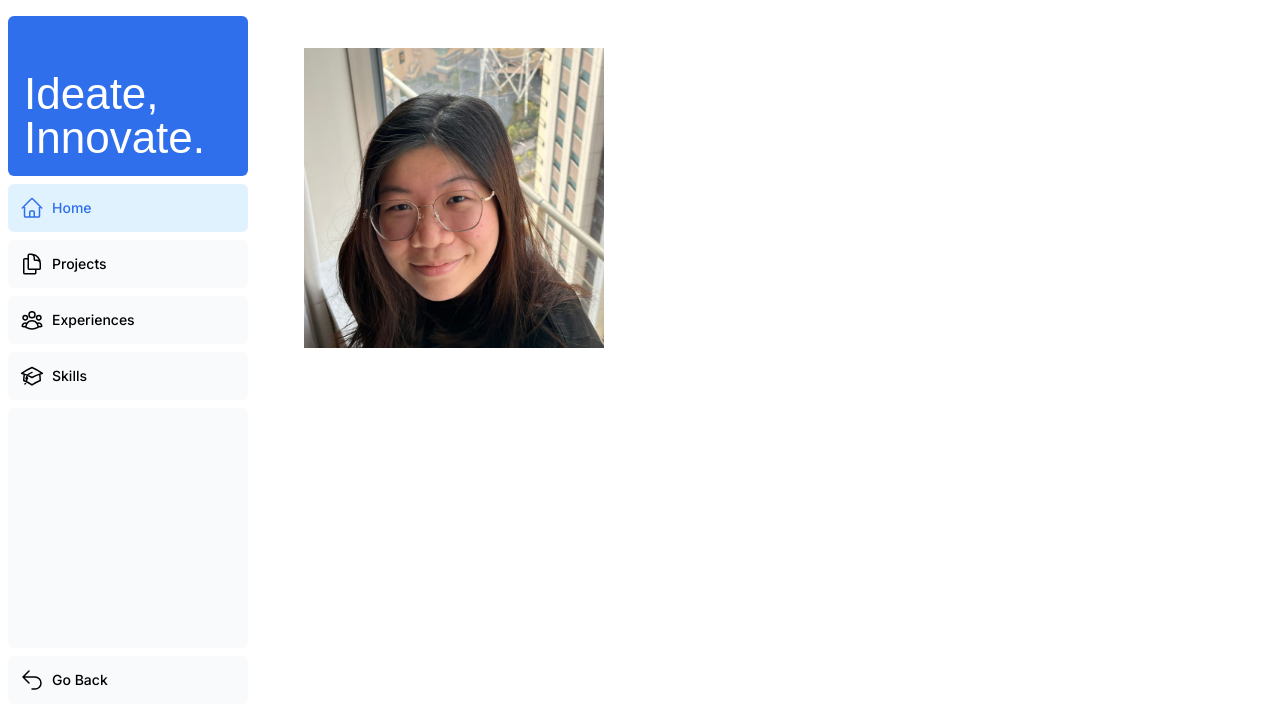
Repository: ThatGirlJam/jaime-portfolio
Page: /dashboard
An editor plug-in stored every save of this project. The page is shown before and after the next save, followed by the edit.
The browser window is 1280 px wide. The pictures show the whole page.
Some web fonts or font styles are not loaded; a fallback is used. The project was rebuilt for these pictures with package versions that can differ from the ones it lists, and the page was loaded fresh each time. The framework's server and built-in components were replaced by stand-ins that run in the browser. Also part of the build but not shown: next.config.js.

Above is the page before, as saved 2024-04-10 00:17:24.

After the next save:
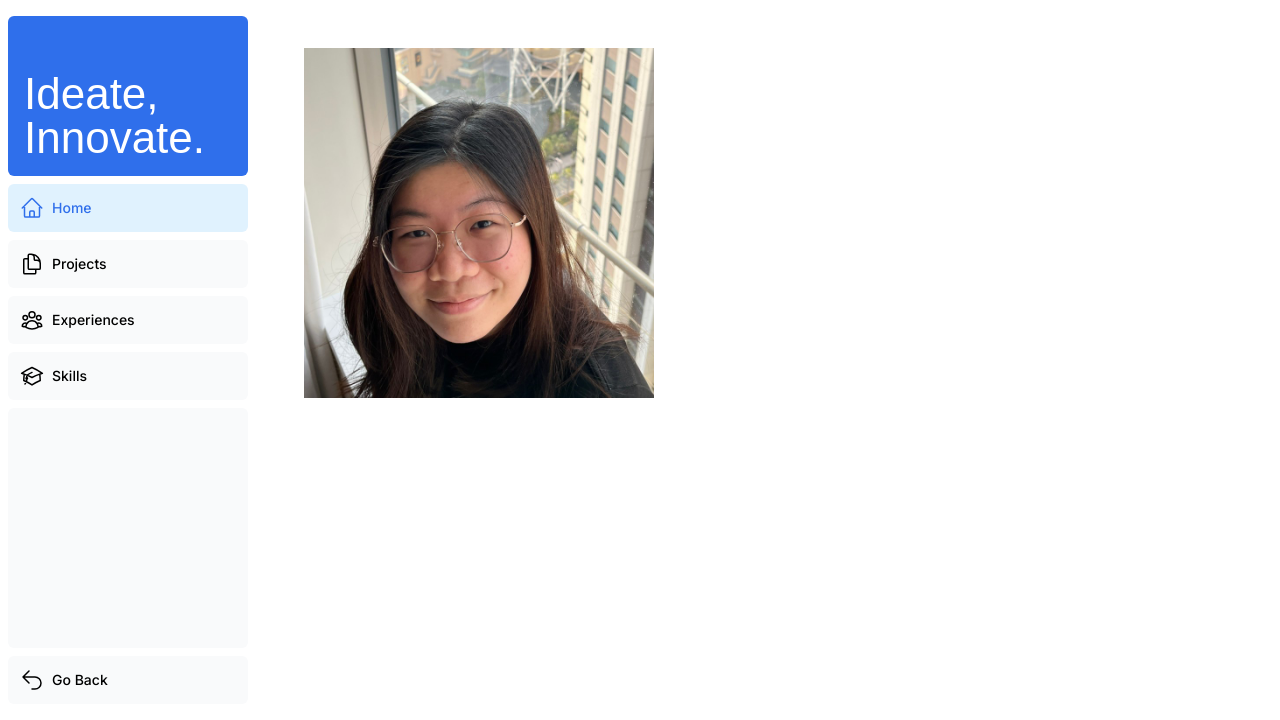
Saved 6 s later.
--- a/app/dashboard/page.tsx
+++ b/app/dashboard/page.tsx
@@ -5,8 +5,8 @@ export default function Page() {
   <div>
     <Image
             src="/jaime-linkedin-photo.jpeg"
-            width={300}
-            height={300}
+            width={350}
+            height={350}
             alt="Screenshots of jaime linkedin photo"
           />
   </div>);
